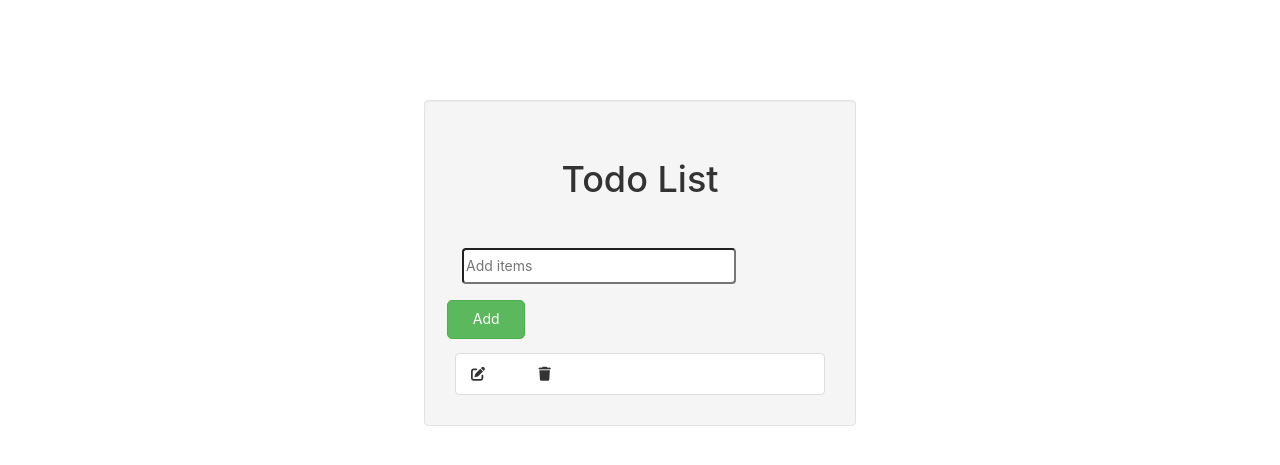
Repository: arpana23/Todo-list
Page: /, after clicking the first element matching `button.btn`
An editor plug-in stored every save of this project. The page is shown before and after the next save, followed by the edit.
The browser window is 1280 px wide. The pictures show the whole page.
Some web libraries are served in a nearby version. The project was rebuilt for these pictures with package versions that can differ from the ones it lists, and the page was loaded fresh each time.

Above is the page before, as saved 2021-04-14 18:43:33.

After the next save:
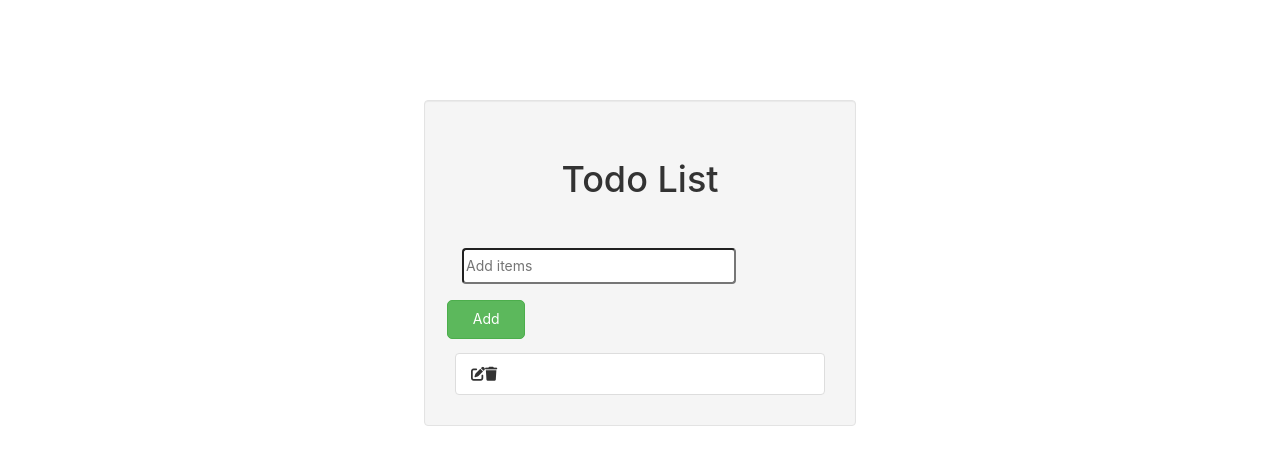
Saved 6 s later.
--- a/src/App.css
+++ b/src/App.css
@@ -54,7 +54,7 @@
 
 .fas {
   /* margin: 3px; */
-  width: 20%;
+  /* width: 20%; */
   height: 1.5vh;
   border-radius: 5px;
   /* margin-top: -2px; */
